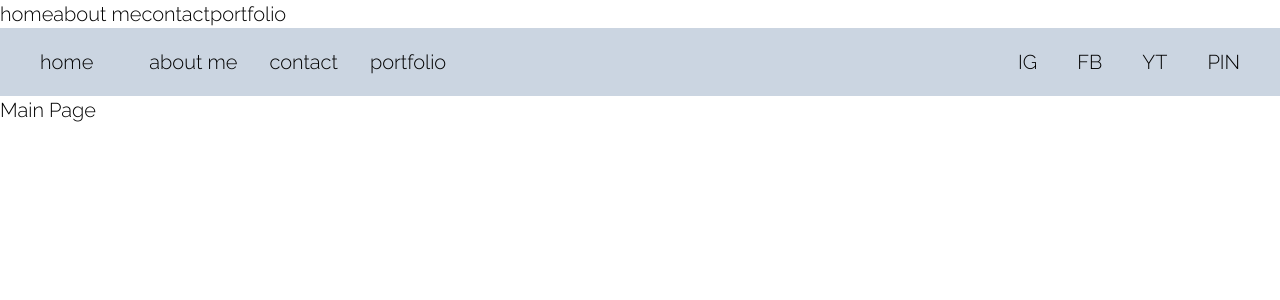
Repository: hubertrh/klaudia-personal-next
Page: /
An editor plug-in stored every save of this project. The page is shown before and after the next save, followed by the edit.
The browser window is 1280 px wide. The pictures show the whole page.
The project was rebuilt for these pictures with package versions that can differ from the ones it lists, and the page was loaded fresh each time. The framework's server and built-in components were replaced by stand-ins that run in the browser. Also part of the build but not shown: next.config.js.

Above is the page before, as saved 2023-08-11 13:42:32.

After the next save:
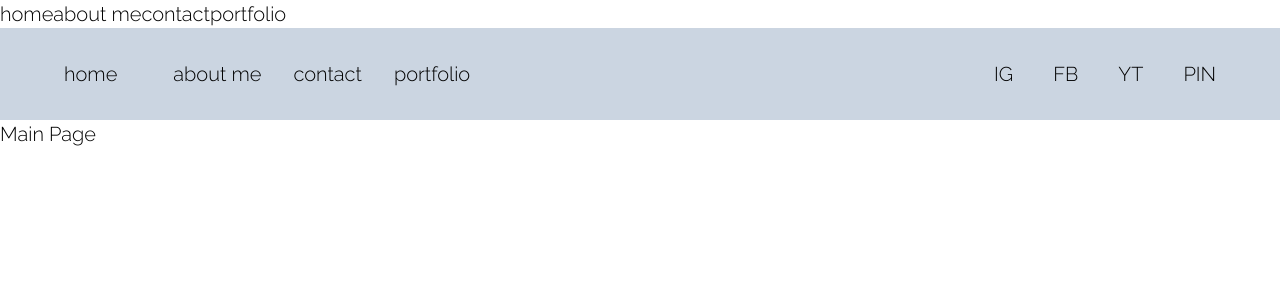
Saved 2 min 59 s later.
--- a/app/(site)/layout.tsx
+++ b/app/(site)/layout.tsx
@@ -18,7 +18,7 @@ export default function RootLayout({
   return (
     <html lang="en">
       <body className={`${raleway.className} text-xl`}>
-        <header className="flex justify-between bg-slate-300 px-10 py-5">
+        <header className="flex justify-between bg-slate-300 px-16 py-8">
           <nav>
             <Link className="nav-link !pr-14" href="#!">
               home
